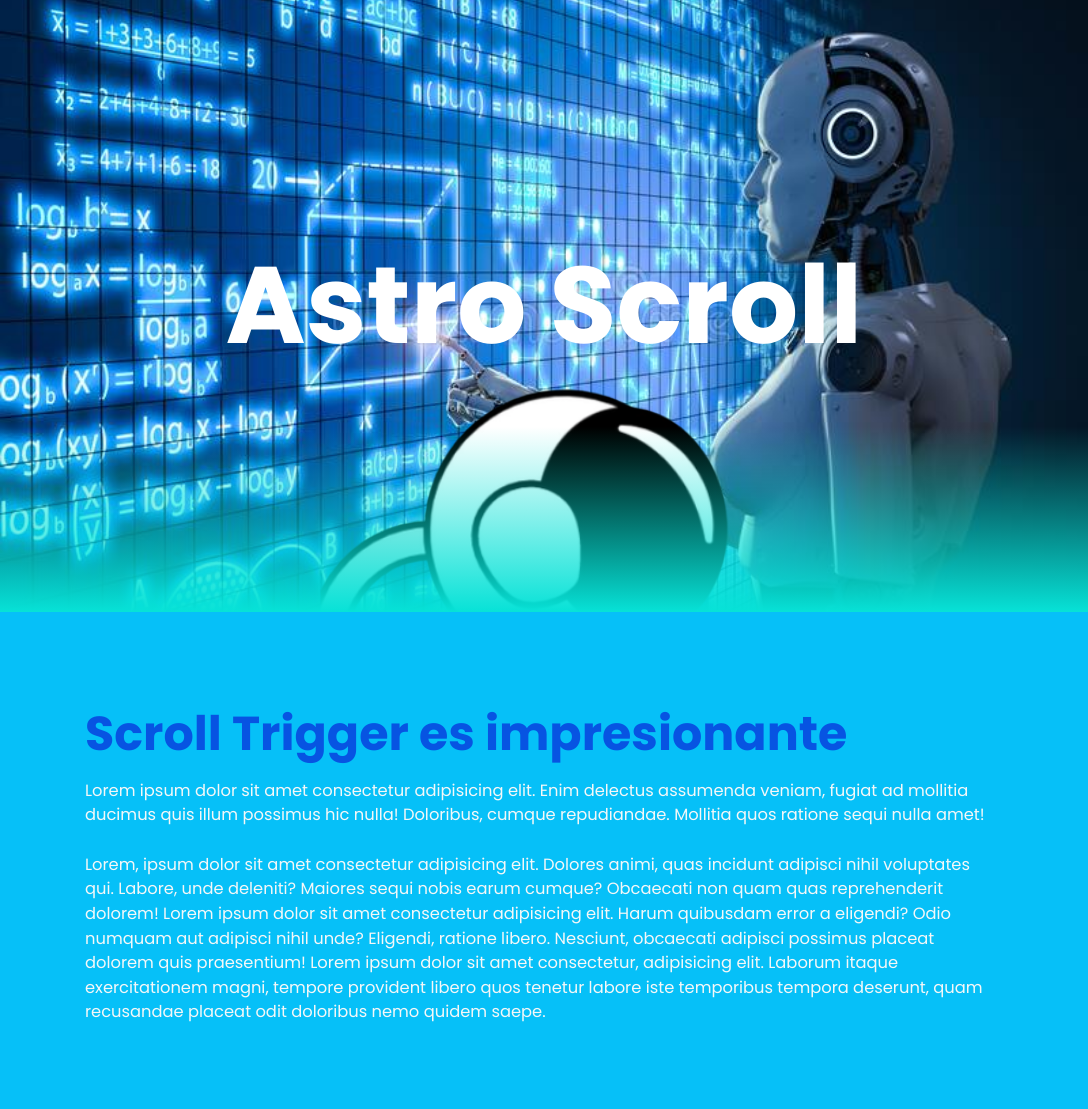
Repository: IvanHernandezMuro/Astro-Scroll
Page: index.html
The author's editor kept a copy of each file at every save. The page is drawn from the files as they stood at one save, then again after the next save.
The browser window is 1280 px wide. The pictures show the whole page, at 85% of full size.
Some web libraries are served in a nearby version.

Above is the page before, as saved 2023-06-03 23:48:53.

After the next save:
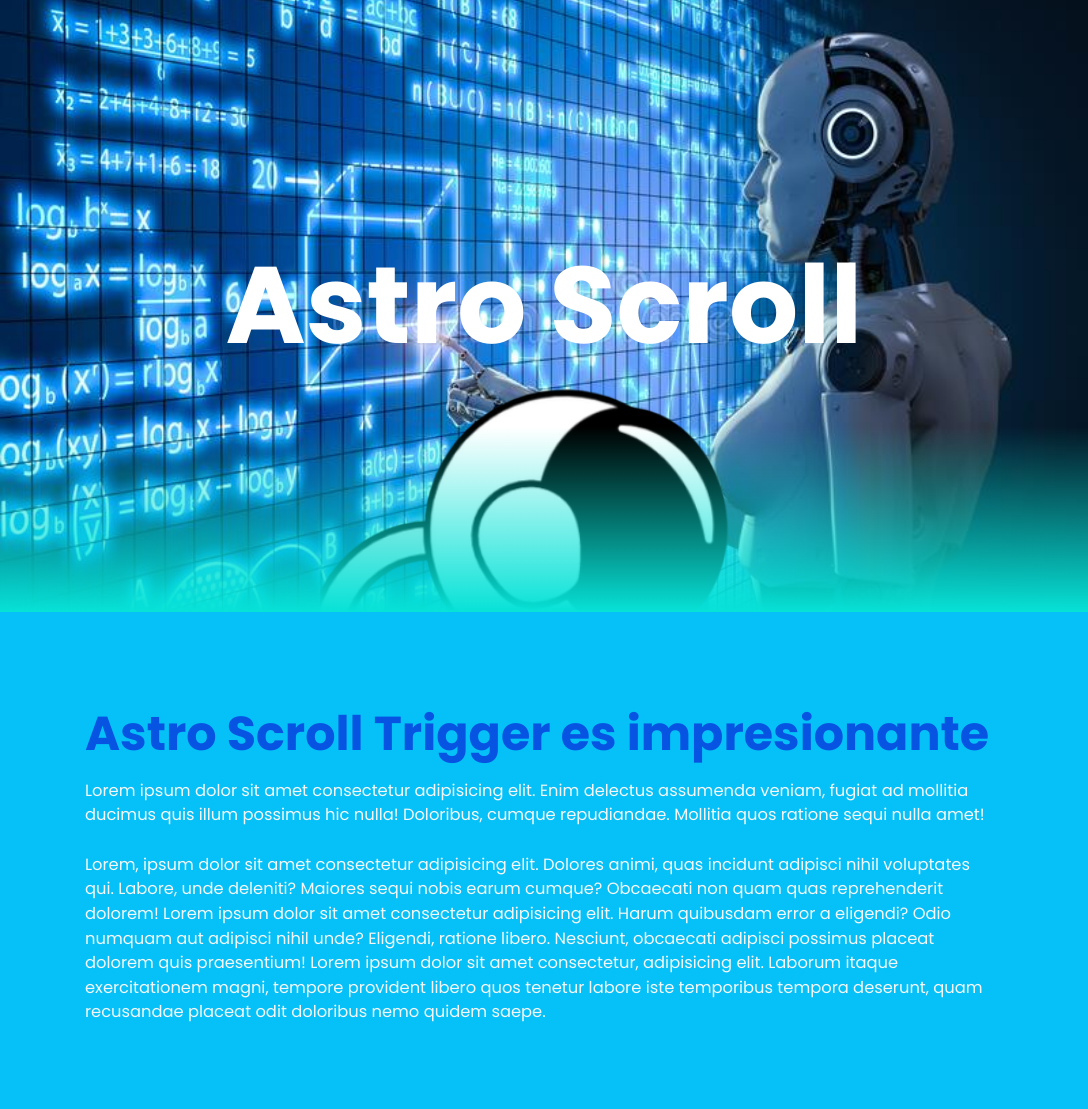
Saved 2 min 34 s later.
--- a/index.html
+++ b/index.html
@@ -18,7 +18,7 @@
 			</section>
 			<div class="sec">
 				<div class="content">
-					<h2>Scroll Trigger es impresionante</h2>
+					<h2>Astro Scroll Trigger es impresionante</h2>
 					<p>
 						Lorem ipsum dolor sit amet consectetur adipisicing elit. Enim
 						delectus assumenda veniam, fugiat ad mollitia ducimus quis illum
